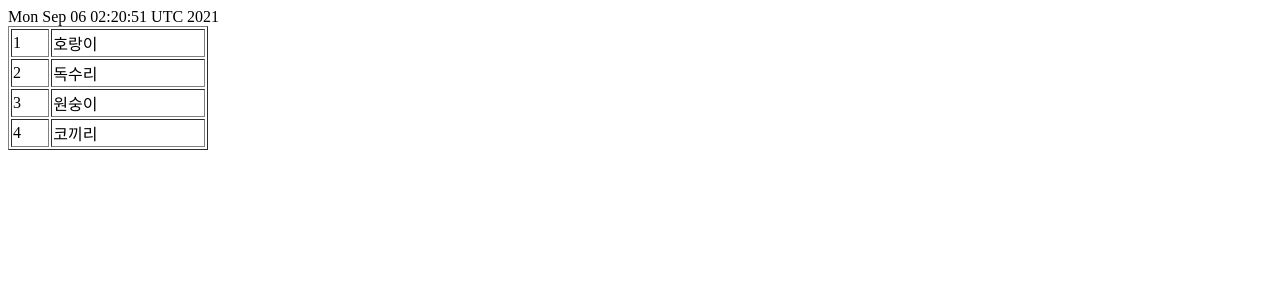
Repository: soobin10236/Class
Page: http://localhost/Web10/
The author's editor kept a copy of each file at every save. The page is drawn from the files as they stood at one save, then again after the next save.
The browser window is 1280 px wide. The pictures show the whole page.
The page is served by Tomcat 9. Other server files are loaded and not shown.

Above is the page before, as saved 2021-09-08 02:15:28.

### Web10/src/main/webapp/index.jsp

<%@page import="java.util.Date"%>
<%@ page language="java" contentType="text/html; charset=EUC-KR"
	pageEncoding="EUC-KR"%>
<!DOCTYPE html>
<html>
<head>
<meta charset="EUC-KR">
<title>Insert title here</title>
</head>

<body>
	<%--

	<!-- ex) -->
	<% Date date = new Date(); %>
	<%= date %>

	--%>

	<!-- ex7) JSP for문-->
	<% Date date = new Date(); %>
	<%= date %>

	<%
		String[] name = {"호랑이","독수리","원숭이","코끼리"};
	%>

	<table border="1" width="200">
	<%for(int i = 0; i < name.length; i++){ %>
		<tr>
			<%
				int temp = i * 10;
			%>
			<td><%=i+1 %></td>
			<td><%=name[i] %></td>
		</tr>
	<%} %>
	</table>

	<%-- <!-- ex6) 테이블 출력 -->
	<% Date date = new Date(); %>
	<%= date %>
	<table border="1" width="200">
		<tr>
			<td><%=1 %></td>
			<td><%="호랑이" %></td>
		</tr>
		<tr>
			<td><%=2 %></td>
			<td><%="코끼리" %></td>
		</tr>
		<tr>
			<td><%=3 %></td>
			<td><%="독수리" %></td>
		</tr>
	</table> --%>


	<%-- <!-- ex5) import -->
	<% //java.util.Date date = new java.util.Date(); %>

	<%//@ page import = "java.util.*" %>
	<% Date date = new Date(); %>
	<%= date %> --%>


	<%-- <!-- ex4) JSP 선언문(함수작성) -->
	<h1>호랑이</h1>
	<%!
		void f1(javax.servlet.jsp.JspWriter out){
			try{
			out.print("method call");
			} catch(Exception e){
				e.printStackTrace();
			}
		}

		int f2(){
			return 999;
		}
	%>
	<%
		f1(out);

	// 표현식에는 ; 들어가면 안됨!
	%>
	<br/>
	<%=f2() %> --%>


	<%-- <!-- ex3) JSP 표현식 -->
	<h1>호랑이</h1>
	<%
		int num = 0;
		String s = "호랑이";
	%>
	출력 1 : <%=num %><br/>
	출력 2 : <%=s %><br/>	 --%>

	<%-- <!-- ex2) JSP 출력-->
	<h1>호랑이</h1>
	<%
		int num = 0;
		String s = "호랑이";
		out.println(num + "<br/>");
		out.println(s);
	%> --%>




	<%-- <!-- ex1) JSP 기초 4가지 -->
	1번 스크립트 릿 -> 자바코드 작성
	<% %>

	2번 표현식 -> 웹페이지에 출력 용도
	<%= %>

	3번 선언문(함수 작성) -> 잘 쓰이지 않는다.
	<%! %>

	4번 주석 잡기 <%-- -->
	자바코드 안에서는 자바에서 처럼 주석 잡으면 됨 --%>

</body>

</html>

After the next save:
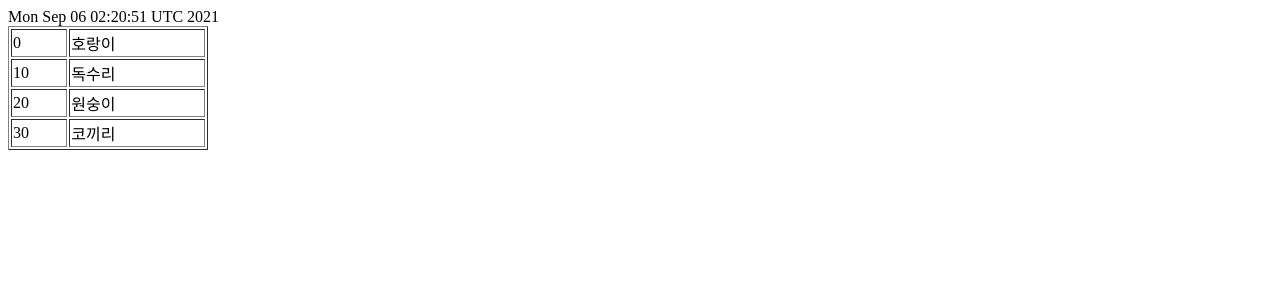
Saved 6 s later.
--- a/Web10/src/main/webapp/index.jsp
+++ b/Web10/src/main/webapp/index.jsp
@@ -32,7 +32,7 @@
 			<%
 				int temp = i * 10;
 			%>
-			<td><%=i+1 %></td>
+			<td><%=temp %></td>
 			<td><%=name[i] %></td>
 		</tr>
 	<%} %>
